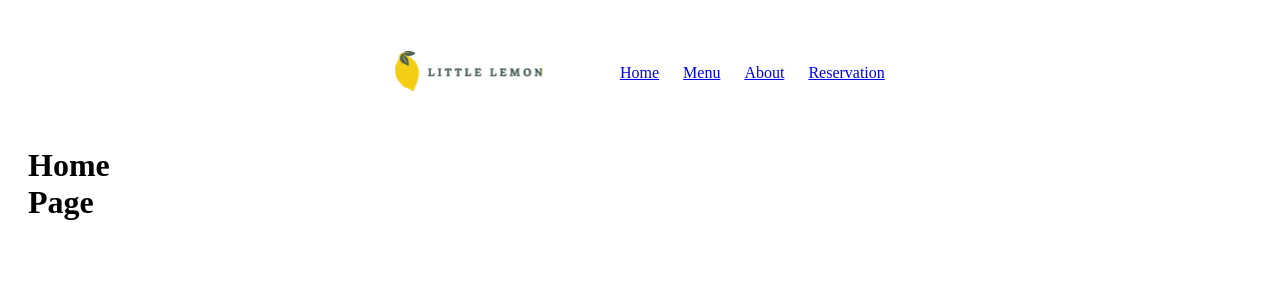
Repository: Yeshwanth-189/little-lemon
Page: / (app in little-lemon/)
The author's editor kept a copy of each file at every save. The page is drawn from the files as they stood at one save, then again after the next save.
The browser window is 1280 px wide. The pictures show the whole page.
The project was rebuilt for these pictures with package versions that can differ from the ones it lists, and the page was loaded fresh each time.

Above is the page before, as saved 2025-04-26 16:03:55.

### little-lemon/public/index.html
<!DOCTYPE html>
<html lang="en">
  <head>
    <meta charset="utf-8" />
    <link rel="icon" href="%PUBLIC_URL%/Logo.png" />
    <meta name="viewport" content="width=device-width, initial-scale=1" />
    <meta name="theme-color" content="#000000" />
    <meta
      name="description"
      content="Little Lemon is a family-run Mediterranean restaurant in Chicago, IL."
    />
    <meta name="og:image" content="%PUBLIC_URL%/Logo.png" />
    <meta name="og:title" content="Little-Lemon Restaurant" />
    <link rel="apple-touch-icon" href="%PUBLIC_URL%/Logo.png" />
    <!--
      manifest.json provides metadata used when your web app is installed on a
      user's mobile device or desktop. See https://developers.google.com/web/fundamentals/web-app-manifest/
    -->
    <link rel="manifest" href="%PUBLIC_URL%/manifest.json" />
    <!--
      Notice the use of %PUBLIC_URL% in the tags above.
      It will be replaced with the URL of the `public` folder during the build.
      Only files inside the `public` folder can be referenced from the HTML.

      Unlike "/favicon.ico" or "favicon.ico", "%PUBLIC_URL%/favicon.ico" will
      work correctly both with client-side routing and a non-root public URL.
      Learn how to configure a non-root public URL by running `npm run build`.
    -->
    <title>Little Lemon</title>
    <link rel="stylesheet" href="%PUBLIC_URL%/index.css" />
  </head>
  <body>
    <noscript>You need to enable JavaScript to run this app.</noscript>
    <div id="root"></div>
    <!--
      This HTML file is a template.
      If you open it directly in the browser, you will see an empty page.

      You can add webfonts, meta tags, or analytics to this file.
      The build step will place the bundled scripts into the <body> tag.

      To begin the development, run `npm start` or `yarn start`.
      To create a production bundle, use `npm run build` or `yarn build`.
    -->
  </body>
</html>

### little-lemon/src/index.css
/* Base container for grid layout */
.container {
  display: grid;
  grid-template-columns: repeat(12, 1fr); /* 12 columns for desktop */
  gap: 8px; /* small gap between columns */
  padding: 20px;
}

/* Each column item */
.column {
  background-color: rgb(255, 203, 203);
  border: 1px solid #ccc;
  min-height: 2829px; /* just to see the box */
  display: flex;
  align-items: center;
  justify-content: center;
  font-weight: bold;
}

/* Mobile view: 4 columns */
@media (max-width: 768px) {
  .container {
    grid-template-columns: repeat(4, 1fr); /* 4 columns for mobile */
  }
}

### little-lemon/src/App.js
import React from "react";
import { BrowserRouter as Router, Routes, Route } from "react-router-dom";
import Nav from "./components/Navigation/NavBar";

function Home() {
  return <h1>Home Page</h1>;
}

function Menu() {
  return <h1>Menu Page</h1>;
}

function About() {
  return <h1>About Page</h1>;
}

function Reservation() {
  return <h1>Reservation Page</h1>;
}

function App() {
  return (
    <div className="container">
      <Router>
        <Nav />
        <Routes>
          <Route path="/" element={<Home />} />
          <Route path="/menu" element={<Menu />} />
          <Route path="/about" element={<About />} />
          <Route path="/reservation" element={<Reservation />} />
        </Routes>
      </Router>
    </div>
  );
}

export default App;

### little-lemon/src/components/Navigation/NavBar.jsx
import React from "react";
import { Link } from "react-router-dom";
import Logo from "../../assets/Logo.svg";
import "./NavBar.css";

function Nav() {
  return (
    <nav className="nav-container">
      <div className="logo">
        <img src={Logo} alt="Little Lemon Logo" className="logo-img" />
      </div>
      <ul className="nav-links">
        <li>
          <Link to="/">Home</Link>
        </li>
        <li>
          <Link to="/menu">Menu</Link>
        </li>
        <li>
          <Link to="/about">About</Link>
        </li>
        <li>
          <Link to="/reservation">Reservation</Link>
        </li>
      </ul>
    </nav>
  );
}

export default Nav;

### little-lemon/src/components/Navigation/NavBar.css
.nav-container {
  grid-column: 1 / span 12; /* Span across full width of the grid */
  display: flex;
  justify-content: space-between;
  align-items: center;
  padding: 20px 0;
  background-color: white; /* Match your design */
  position: sticky;
  margin: 0% 30% 0% 30%;
  top: 0;
  z-index: 10; /* Stay on top while scrolling */
}

@media (max-width: 768px) {
  .nav-container {
    padding: 0 5% 0% 5%;
    margin: 0% 10% 0% 10%;
  }
}

.logo-image {
  width: 100px;
  height: auto;
}

.nav-links {
  list-style: none;
  display: flex;
  gap: 24px;
}

Loaded but not shown: little-lemon/src/index.js (common file); little-lemon/src/reportWebVitals.js (common file); little-lemon/public/index.css (common file)

After the next save:
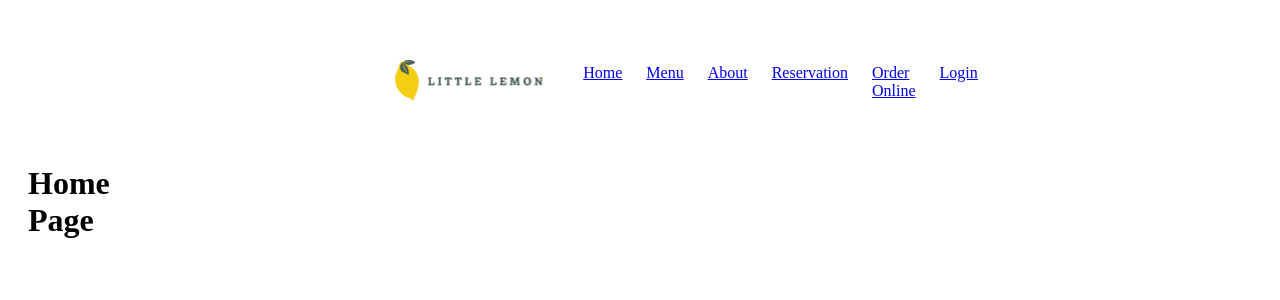
Saved 37 s later.
--- a/little-lemon/src/components/Navigation/NavBar.jsx
+++ b/little-lemon/src/components/Navigation/NavBar.jsx
@@ -22,6 +22,12 @@ function Nav() {
         <li>
           <Link to="/reservation">Reservation</Link>
         </li>
+        <li>
+          <Link to="/reservation">Order Online</Link>
+        </li>
+        <li>
+          <Link to="/reservation">Login</Link>
+        </li>
       </ul>
     </nav>
   );
